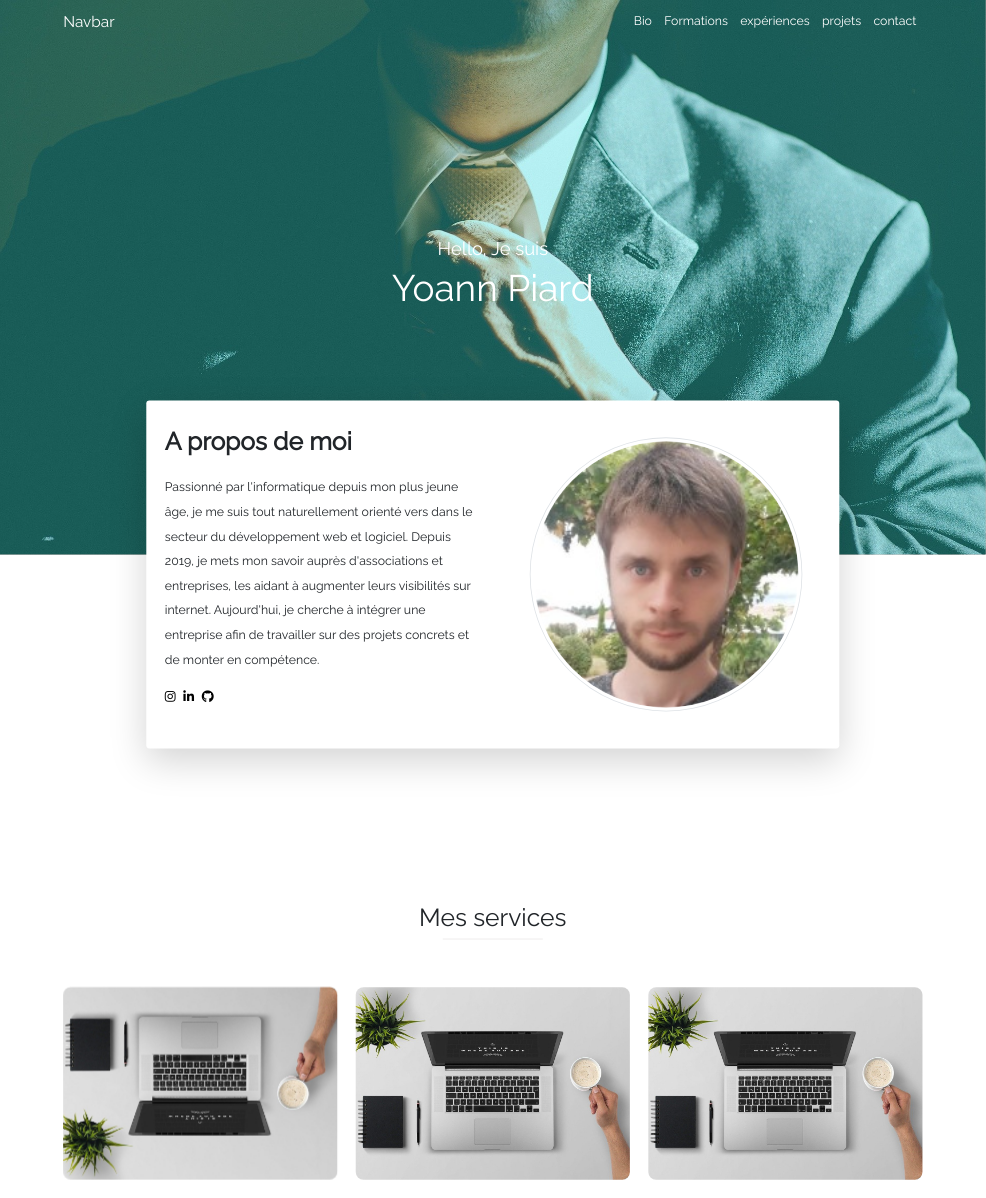
Repository: ypiard85/port-folio-bootstrap-yoann-2021
Page: index.html
These files come from the project's save history. The page is drawn as it stood at one moment and after the next save; the edit follows.
The browser window is 1280 px wide. The pictures show the whole page, at 77% of full size.
The pointer rests on the first visible `.service_card`.

Above is the page before, as saved 2021-03-09 15:51:25.
Console error: TypeError: window.onload is not a function

### index.html
<!DOCTYPE html>
<html lang="en">
  <head>
    <meta charset="UTF-8" />
    <meta http-equiv="X-UA-Compatible" content="IE=edge" />
    <meta name="viewport" content="width=device-width, initial-scale=1.0" />
    <link rel="stylesheet" href="https://use.fontawesome.com/releases/v5.15.2/css/all.css" integrity="sha384-vSIIfh2YWi9wW0r9iZe7RJPrKwp6bG+s9QZMoITbCckVJqGCCRhc+ccxNcdpHuYu" crossorigin="anonymous">    <!-- CSS only -->
    <link rel="stylesheet" href="./resource/style.css" />
    <link
      href="https://cdn.jsdelivr.net/npm/bootstrap@5.0.0-beta2/dist/css/bootstrap.min.css"
      rel="stylesheet"
      integrity="sha384-BmbxuPwQa2lc/FVzBcNJ7UAyJxM6wuqIj61tLrc4wSX0szH/Ev+nYRRuWlolflfl"
      crossorigin="anonymous"
    />
    <title>Document</title>
  </head>
  <body>
    <nav class="navbar position-fixed w-100 navbar-expand-lg navbar-light">
      <div class="container">
        <a class="navbar-brand" href="#">Navbar</a>
        <button
          class="navbar-toggler"
          type="button"
          data-bs-toggle="collapse"
          data-bs-target="#navbarNav"
          aria-controls="navbarNav"
          aria-expanded="false"
          aria-label="Toggle navigation"
        >
          <span class="navbar-toggler-icon"></span>
        </button>
        <div class="collapse navbar-collapse" id="navbarNav">
          <ul class="navbar-nav">
            <li class="nav-item">
              <a class="nav-link active" aria-current="page" href="#bio">Bio</a>
            </li>
            <li class="nav-item">
              <a class="nav-link" href="#formation">Formations</a>
            </li>
            <li class="nav-item">
              <a class="nav-link" href="#experience">expériences</a>
            </li>
            <li class="nav-item">
              <a class="nav-link" href="#projet">projets</a>
            </li>
            <li class="nav-item">
              <a class="nav-link" href="#contact">contact</a>
            </li>
          </ul>
        </div>
      </div>
    </nav>

    <header
      class="container-fluid flex-column
          d-flex align-items-center justify-content-center"
    >
      <h4>Hello, Je suis</h4>
      <h1>Yoann Piard</h1>
    </header>

    <section class="about_me in container">
      <div class="about_card rounded shadow-lg">
        <div class="container">
          <div class="row">
            <div class="col-md-6  col-sm-12 p-3 p-sm-4 align-self-center">
              <h2 class="mb-4" >A propos de moi</h2>
              <p>
                Passionné par l'informatique depuis mon plus jeune âge, je me
                suis tout naturellement orienté vers dans le secteur du
                développement web et logiciel. Depuis 2019, je mets mon savoir
                auprès d'associations et entreprises, les aidant à augmenter
                leurs visibilités sur internet. Aujourd'hui, je cherche à
                intégrer une entreprise afin de travailler sur des projets
                concrets et de monter en compétence.
              </p>
              <ul class="d-flex">
                  <li><a href=""><i class="fab fa-instagram"></i></a></li>
                  <li><a href=""><i class="fab fa-linkedin-in"></i></a></li>
                  <li><a href=""><i class="fab fa-github"></i></a></li>
              </ul>
            </div>
            <div class="col-md-6 col-sm-12 p-3 p-sm-5 d-none d-md-block">
              <img class="img-fluid img-thumbnail" src="./resource/image/yoann_piard.png" alt="" />
            </div>
          </div>
        </div>
      </div>
    </section>

    <section class="my_work">
        <div class="container">
            <h2 class="ttile_section text-center mb-5">Mes services</h2>
            <div class="row pt-4 pb-4">
                <div class="col-md-4">
                    <div class="service_card" style="background-image: url('./resource/services/laptop-1209008_1280.jpg')">
                        <div class="service_btn"><p class="rounded">Développeur web</p></div>
                        <div class="service_hover rounded"></div>
                    </div>
                </div>
                <div class="col-md-4">
                    <div class="service_card" style="background-image: url('./resource/services/laptop-1209008_1280.jpg')"></div>

                </div>
                <div class="col-md-4">
                    <div class="service_card" style="background-image: url('./resource/services/laptop-1209008_1280.jpg')"></div>

                </div>
            </div>
        </div>
    </section>

    <!-- JavaScript Bundle with Popper -->
    <script
      src="https://cdn.jsdelivr.net/npm/bootstrap@5.0.0-beta2/dist/js/bootstrap.bundle.min.js"
      integrity="sha384-b5kHyXgcpbZJO/tY9Ul7kGkf1S0CWuKcCD38l8YkeH8z8QjE0GmW1gYU5S9FOnJ0"
      crossorigin="anonymous"
    ></script>
    <script src="https://unpkg.com/scrollreveal"></script>
    <script src="./resource/scrollreveal.js"></script>
    <script src="./resource/app.js"></script>
    <script>window.onload(scrollEffect()) </script>
  </body>
</html>

### resource/style.css
@import url('https://fonts.googleapis.com/css2?family=Raleway&display=swap');

*{
    transition: 0.3s;
}

body{
    font-family: 'Raleway', sans-serif!important;
}


.navbar-collapse{
    flex-grow: 0!important;
}

nav a{
    color: white!important;
}

header{
    height: 100vh;
    background: gray;
    background-image: linear-gradient(90deg, rgba(0,231,249,0.2780462526807598) 100%, rgba(0,4,24,0.4405112386751575) 74%), url('./image/about-section.jpg');
    background-repeat: no-repeat;
    background-size: cover;
    background-position: top center;
    color: white;
}

header h1{
    font-weight: normal;
    font-size: 3em;
}

.about_card{
    margin: auto;
    width: 900px;
    max-width: 100%;
    background-color: white;
}

.about_card a{
    font-family: Arial!important;
}

.about_me h2{
    font-weight: bold;
}

.about_card img{
    width: 100%;
    border-radius: 50%;
}

.about_card ul{
    list-style: none;
    padding: 0;
}

.about_card i{
    font-size: 1em;
    color: black;
}

.about_card{
    line-height: 2em;
}

.about_card li{
    margin-right: 10px;
}

.in{
    transform: translateY(-200px);
}

.ttile_section{
    position: relative;
}

.ttile_section::after{
    content: '';
    position: absolute;
    width: 130px;
    height: 1px;
    background-color: rgb(233, 231, 231);
    bottom: -10px;
    left:0;
    right: 0;
    margin: auto;
}

.service_card{
    height: 250px;
    background-position: center;
    background-size: cover;
    border-radius: 10px;
    position: relative;
    transition: 1s!important;
}

.service_btn{
    display: flex;
    justify-content: center;
    height: 100%;
    align-items: center;
}

.service_btn p{
    background-color: white;
    padding: 5px 8px;
    box-shadow: -1px 2px 5px 1px rgba(255, 255, 255, 0.7),
    -1px 2px 20px rgba(255, 255, 255, 0.6) inset;
}

.service_hover{
    position: absolute;
    top:0;
    bottom:0;
    left:0;
    right:0;
    background-color: orange;
    display: none;
}

.service_card:hover{
    transform: rotateX(-180deg);
}

.service_card:hover .service_btn{
    display: none;
}

### resource/scrollreveal.js
function scrollEffect(){


    ScrollReveal().reveal('.about_me', {
        delay: 150,
        duration: 1000,
        reset: true,
        origin: 'bottom',
        distance: '30%'
    });

}

### resource/app.js
ScrollReveal().reveal('.about_me', {
    delay: 250,
    duration: 1000,
    reset: true,
    origin: 'bottom',
    distance: '20%'
});

After the next save:
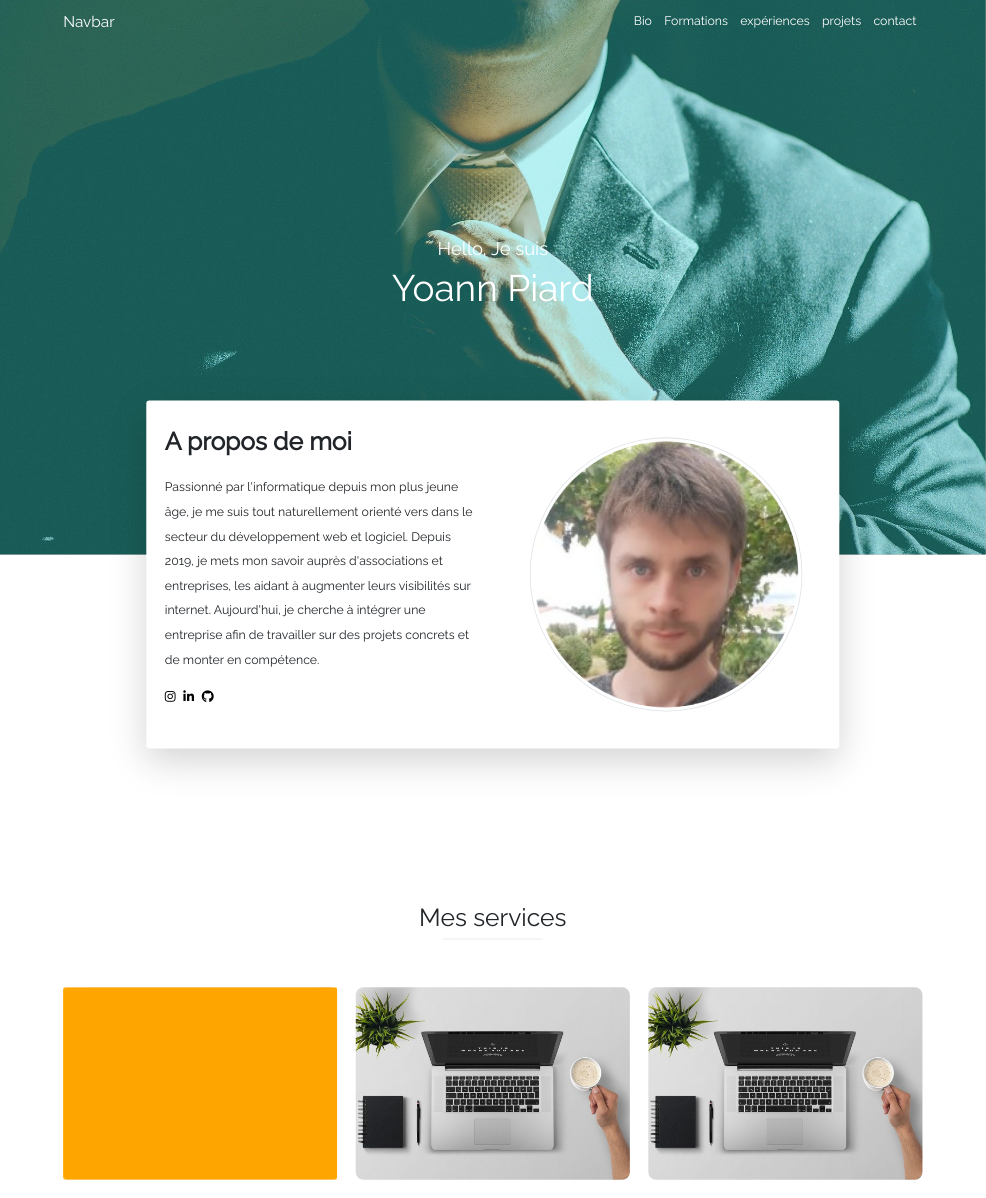
Saved 20 s later.
--- a/resource/style.css
+++ b/resource/style.css
@@ -130,3 +130,7 @@ header h1{
 .service_card:hover .service_btn{
     display: none;
 }
+
+.service_card:hover .service_hover{
+    display: block;
+}
